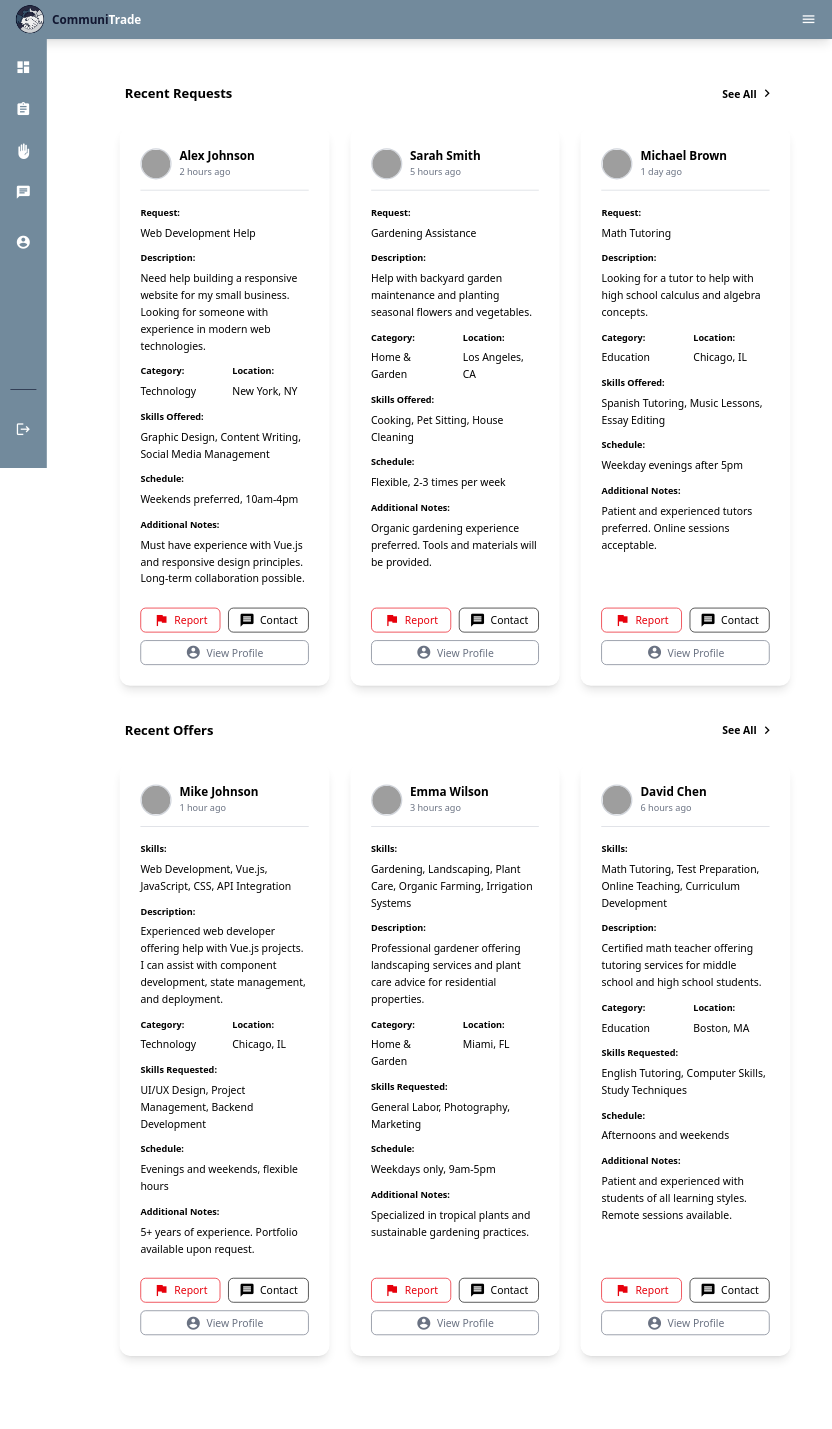
Repository: wholaanmo/communitrade_app
Page: /user/dashboard
An editor plug-in stored every save of this project. The page is shown before and after the next save, followed by the edit.
The browser window is 1280 px wide. The pictures show the whole page, at 65% of full size.
Pictures or frames that could not be fetched are drawn as grey boxes. The project was rebuilt for these pictures with package versions that can differ from the ones it lists, and the page was loaded fresh each time. Some packages were replaced by stand-ins written for this rebuild. The framework's server and built-in components were replaced by stand-ins that run in the browser. Also part of the build but not shown: next.config.mjs.

Above is the page before, as saved 2025-10-29 17:22:25.

### app/layout.js
import './globals.css';

export const metadata = {
  title: 'CommuniTrade - Community-Based Trading',
  description: 'Your platform for community-based trading and sharing of skills and services without using money.',
}

export default function RootLayout({ children }) {
  return (
    <html lang="en">
      <head>
        <link href="https://fonts.googleapis.com/css2?family=Poppins:wght@300;400;500;600;700&display=swap" rel="stylesheet" />
        <link href="https://cdnjs.cloudflare.com/ajax/libs/font-awesome/6.0.0/css/all.min.css" rel="stylesheet" />
        <link href="https://fonts.googleapis.com/icon?family=Material+Icons" rel="stylesheet" />

      </head>
      <body>{children}</body>
    </html>
  )
}

### app/user/layout.js
'use client'

import { useState } from 'react'
import UserNavbar from '@/components/user/UserNavbar'
import UserSidebar from '@/components/user/UserSidebar'

export default function UserLayout({ children }) {
  const [sidebarOpen, setSidebarOpen] = useState(false)

  const toggleSidebar = () => {
    setSidebarOpen(!sidebarOpen)
  }

  return (
    <div className="user-layout min-h-screen">
      <UserNavbar toggleSidebar={toggleSidebar} />
      <div className="layout-body flex min-h-[calc(100vh-60px)] mt-[60px]">
        <UserSidebar isOpen={sidebarOpen} onToggle={setSidebarOpen} />
        <main className={`user-content flex-1 transition-all duration-500 ease-out p-8 ${
          sidebarOpen ? 'ml-[var(--sidebar-width)]' : 'ml-[calc(3.5rem+32px)]'
        }`}>
          {children}
        </main>
      </div>

      <style jsx global>{`
        :root {
          --sidebar-width: 220px; /* reduced from 280px */
        }
      `}</style>

      <style jsx>{`
        @media (max-width: 768px) {
          .user-content {
            margin-left: 0 !important;
            padding: 1rem;
          }
        }
      `}</style>
    </div>
  )
}

### app/globals.css
@import "tailwindcss";


:root {
  --primary: #121731;
  --grey: #728a9c;
  --light: #ffffff;
  --dark-alt: #555555;
}

* {
  scrollbar-width: thin;
  scrollbar-color: #728a9c #f0f0f0;
}

### components/user/UserNavbar.js
'use client'

export default function Navbar({ toggleSidebar }) {
  return (
    <nav className="navbar fixed top-0 left-0 right-0 h-15 bg-[#728a9c] text-white z-50 shadow-lg">
      <div className="navbar-content flex items-center justify-between h-full px-4">
        <div className="navbar-left flex items-center">
          <div className="logo-container flex items-center gap-2">
            <img
              src="../assets/CommuniTrade.png"
              alt="CommuniTrade Logo"
              className="logo-img w-13 h-13 object-contain ml-1"
            />
            <p className="logo-text font-bold text-lg text-[#121731]">
              Communi
              <span className="logo-text1 font-bold text-lg text-white">Trade</span>
            </p>
          </div>
        </div>

        <div className="navbar-right flex items-center">
          <button
            className="hamburger-btn flex items-center justify-center w-10 h-10 rounded-full transition-all duration-300 ease-in-out text-white"
            onClick={toggleSidebar}
          >
            <span className="material-icons">menu</span>
          </button>
        </div>
      </div>

      {/* Replaced style jsx → style, no design changes */}
      <style>
        {`
          .hamburger-btn:hover {
            color: #121731;
            transform: rotate(180deg);
          }

          @media (max-width: 480px) {
            .logo-text {
              font-size: 1rem;
            }

            .logo-img {
              width: 35px;
              height: 35px;
            }
          }

          @media (max-width: 360px) {
            .logo-text {
              font-size: 0.9rem;
            }
          }
        `}
      </style>
    </nav>
  )
}

### components/user/UserSidebar.jsx
'use client'

import { useState, useEffect } from 'react'
import Link from 'next/link'
import { useRouter } from 'next/navigation'

export default function Sidebar({ isOpen, onToggle }) {
  const [is_expanded, setIsExpanded] = useState(false)
  const router = useRouter()

  useEffect(() => {
    setIsExpanded(isOpen)
  }, [isOpen])

  const handleSignOut = () => {
    console.log('Sign out clicked')
  }

  return (
    <aside className={`
      flex flex-col items-center font-['Inter']
      min-h-[calc(100vh-60px)] overflow-hidden p-4
      bg-[#728a9c] text-[#121731] transition-all duration-500 ease-out
      fixed left-0 top-[60px] z-50
      ${is_expanded ? 'w-[230px] items-start' : 'w-[calc(2.5rem+32px)] items-center'}
    `}>
      {/* Menu Items */}
      <div className={`
        menu w-full m-0 flex flex-col flex-1
        ${is_expanded ? 'items-stretch' : 'items-center'}
      `}>
        <Link href="/user/dashboard" className={`
          group button flex items-center no-underline p-4
          transition-all duration-200 ease-out rounded-lg mb-2
          hover:bg-white
          ${is_expanded ? 'justify-start' : 'justify-center w-full'}
        `}>
          <span className="material-icons text-2xl text-white transition-all duration-200 ease-out min-w-8 text-center group-hover:text-[#728a9c]">dashboard</span>
          <span className={`
            text-white transition-all duration-200 ease-out
            group-hover:text-[#728a9c]
            ${is_expanded ? 'opacity-100 w-auto pl-4' : 'opacity-0 w-0 overflow-hidden'}
          `}>Dashboard</span>
        </Link>

        <Link href="/user/request" className={`
          group button flex items-center no-underline p-4
          transition-all duration-200 ease-out rounded-lg mb-2
          hover:bg-white
          ${is_expanded ? 'justify-start' : 'justify-center w-full'}
        `}>
          <span className="material-icons text-2xl text-white transition-all duration-200 ease-out min-w-8 text-center group-hover:text-[#728a9c]">assignment</span>
          <span className={`
            text-white transition-all duration-200 ease-out
            group-hover:text-[#728a9c]
            ${is_expanded ? 'opacity-100 w-auto pl-4' : 'opacity-0 w-0 overflow-hidden'}
          `}>Requests</span>
        </Link>

        <Link href="/user/offer" className={`
          group button flex items-center no-underline p-4
          transition-all duration-200 ease-out rounded-lg mb-2
          hover:bg-white
          ${is_expanded ? 'justify-start' : 'justify-center w-full'}
        `}>
          <span className="material-icons text-2xl text-white transition-all duration-200 ease-out min-w-8 text-center group-hover:text-[#728a9c]">front_hand</span>
          <span className={`
            text-white transition-all duration-200 ease-out
            group-hover:text-[#728a9c]
            ${is_expanded ? 'opacity-100 w-auto pl-4' : 'opacity-0 w-0 overflow-hidden'}
          `}>Offers</span>
        </Link>

        <Link href="/user/message" className={`
          group button flex items-center no-underline p-4
          transition-all duration-200 ease-out rounded-lg mb-2
          hover:bg-white
          ${is_expanded ? 'justify-start' : 'justify-center w-full'}
        `}>
          <span className="material-icons text-2xl text-white transition-all duration-200 ease-out min-w-8 text-center group-hover:text-[#728a9c]">chat</span>
          <span className={`
            text-white transition-all duration-200 ease-out
            group-hover:text-[#728a9c]
            ${is_expanded ? 'opacity-100 w-auto pl-4' : 'opacity-0 w-0 overflow-hidden'}
          `}>Messages</span>
        </Link>

        <Link href="/user/account" className={`
          group button flex items-center no-underline p-4
          transition-all duration-200 ease-out rounded-lg mb-2
          hover:bg-white
          ${is_expanded ? 'justify-start' : 'justify-center w-full'}
        `}>
          <span className="material-icons text-2xl text-white transition-all duration-200 ease-out min-w-8 text-center group-hover:text-[#728a9c]">account_circle</span>
          <span className={`
            text-white transition-all duration-200 ease-out
            group-hover:text-[#728a9c]
            ${is_expanded ? 'opacity-100 w-auto pl-4' : 'opacity-0 w-0 overflow-hidden'}
          `}>My Account</span>
        </Link>
      </div>

      {/* Sign Out Button */}
      <div className="menu-bottom flex justify-center w-full mt-auto pt-4 border-t border-[#121731]">
        <button onClick={handleSignOut} className={`
          group sign-out flex items-center no-underline p-4
          transition-all duration-200 ease-out rounded-lg
          hover:bg-white bg-none border-none cursor-pointer
          ${is_expanded ? 'justify-start w-full' : 'justify-center w-full'}
        `}>
          <span className="material-icons text-2xl text-white transition-all duration-200 ease-out min-w-8 text-center group-hover:text-[#728a9c]">logout</span>
          <span className={`
            text-white transition-all duration-200 ease-out text-lg
            group-hover:text-[#728a9c]
            ${is_expanded ? 'opacity-100 w-auto pl-4' : 'opacity-0 w-0 overflow-hidden'}
          `}>Sign Out</span>
        </button>
      </div>
    </aside>
  )
}

Loaded but not shown: app/user/dashboard/page.js (787 lines, source omitted)

After the next save:
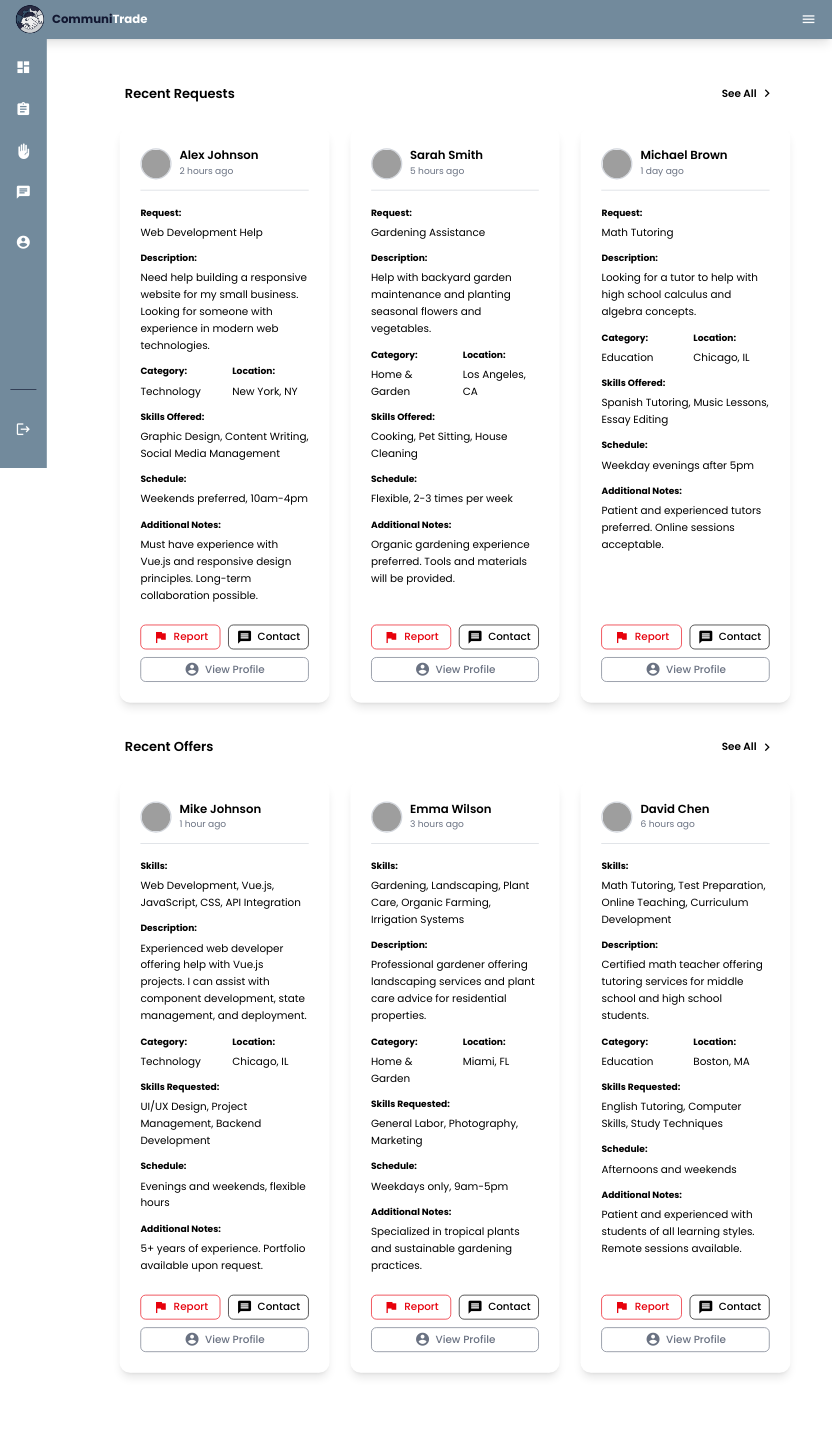
Saved 25 min 24 s later.
--- a/app/globals.css
+++ b/app/globals.css
@@ -11,4 +11,5 @@
 * {
   scrollbar-width: thin;
   scrollbar-color: #728a9c #f0f0f0;
+  font-family: 'Poppins', sans-serif;
 }
